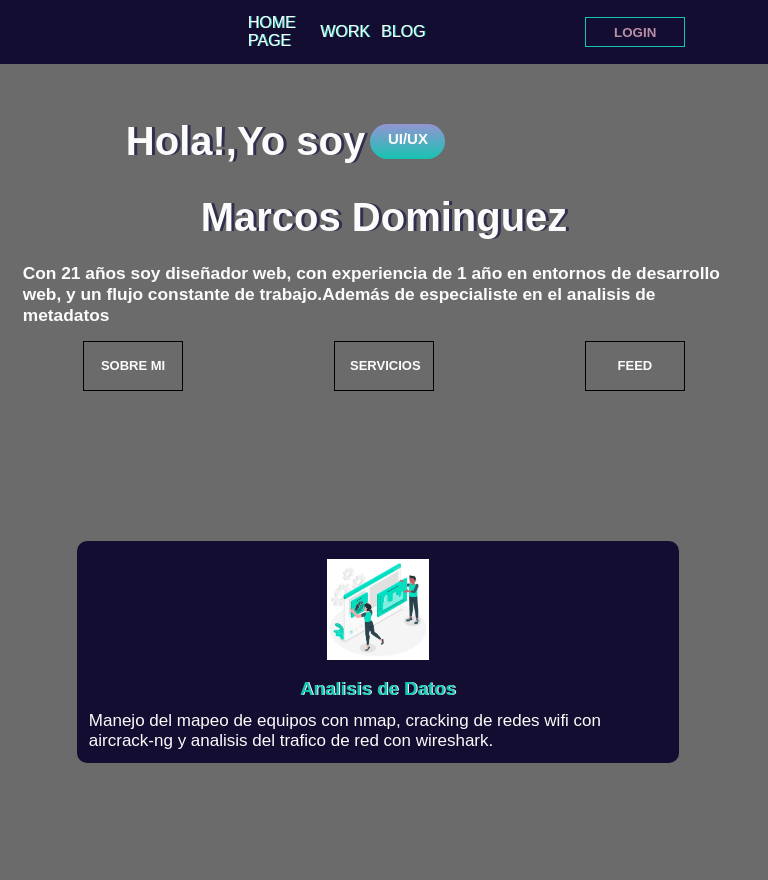
Repository: Sxcram02/Portfolio2
Page: http://localhost/
The author's editor kept a copy of each file at every save. The page is drawn from the files as they stood at one save, then again after a run of saves.
The browser window is 768 px wide. The pictures show the whole page.
Some web fonts or font styles are not loaded; a fallback is used. The page is run by PHP 8.4 with error messages shown; the project is at /var/www/html/.

Above is the page before, as saved 2023-05-14 17:48:58.

### index.php
<?php
include("./public/objects/clases.inc.php");

session_start();

if ($_SERVER['REQUEST_METHOD'] == 'POST' and isset($_POST['LOGIN'])) {
    $logIn = $_POST['LOGIN'];
    if (isset($logIn)) {
        $_SESSION['user'] = $sesion;
        header("Location: ./public/src/login.php");
        exit();
    }
}


?>
<!DOCTYPE html>
<html lang="es">

<head>
    <meta charset="UTF-8">
    <meta http-equiv="X-UA-Compatible" content="IE=edge" />
    <meta name="viewport" content="width=device-width, initial-scale=1.0" />
    <link rel="shortcut icon" href="media/logo2.png" type="image/x-icon" />
    <link rel="stylesheet" href="styles/index.css" type="text/css" />
    <link rel="stylesheet" href="https://unpkg.com/boxicons@latest/css/boxicons.min.css">
    <title>Home Page</title>
</head>

<body>
    <div id="root">
        <header class="box-nav-bar">
            <a href="/index.php"><h3 class="nav-title">M a r c o s</h3></a>
            <nav class="nav-bar">
                <ul>
                    <a href="index.php"><li>Home Page</li></a>
                    <a href="/public/src/assets/work.php"><li>Work</li></a>
                    <a href="/public/src/assets/blog.php"><li>Blog</li></a>
                </ul>
            </nav>
            <form action="#" method="POST">
                <input type="submit" name="LOGIN" id="LOGIN" value="login" />
            </form>
        </header>
        <main class="container">
        <script src="/public/funciones/funciones.inc.js"></script>
            <section id="home_page">
                <article class="box-name">
                    <h1 class="title">Hola!,Yo soy</h1>
                    <label id="box-ui-ux">UI/UX</label>
                </article>
                <h2 class="title">Marcos Dominguez</h2>
                <article class="box-presentation">
                    <p>Con 21 años soy diseñador web, con experiencia de 1 año en entornos de desarrollo web, y un flujo constante de trabajo.Además de especialiste en el analisis de metadatos</p>
                    <div class="box-inputs">
                        <button onclick="mostrarApartado('box-services','box-aboutMe')">Sobre Mi</button>
                        <button onclick="mostrarApartado('box-aboutMe','box-services')">Servicios</button>
                        <a href="./public/src/assets/feed.xml" target="_blank" rel="noopener noreferrer"><button>Feed</button></a>
                    </div>
                </article>
            </section>
            <section id="box-services">
                <div id="services">
                    <article id="analisisDatos">
                        <img src="./media/Ilustración del concepto de análisis de configuración Vector Gratis.jpeg" alt="analisisDatos" />
                        <h3>Analisis de Datos</h3>
                        <p>Manejo del mapeo de equipos con nmap, cracking de redes wifi con aircrack-ng y analisis del trafico de red con wireshark.</p>
                    </article>
                    <article>
                        <img src="./media/Estudio socioeconómico para qué sirve, partes y ejemplo.png" alt="" />
                        <h3>Administrador de Sistemas</h3>
                        <p>Supervisión del flujo de datos entre los usuarios de una red y mantenimiento del sistema</p>
                    </article>
                    <article>
                        <img src="./media/Tips To Help Designers Work Better With Coders - Web Design Ledger.jpeg" alt="" />
                        <h3>Desarrollador Web</h3>
                        <p>Control en la programación de PHP con MySQL o MongoDB, diseñador con HTML5, CSS3 o React con JavaScript</p>
                    </article>
                    <article>
                        <img src="./media/superkid-robot-copy.gif" alt="superRobot" id="robot3D" />
                        <h3>Modelador 3D</h3>
                        <p>Modelador 3D de diseño aplicados a la web con Spline, y en modelos mas complejos 3dsMax y Zbrush</p>
                    </article>
                </div>
            </section>
            <section id="box-aboutMe">
                <div id="aboutMe">
                    <h1>Cronología</h1>
                    <hr class="hr" />
                    <article class="box-signatures">
                        <div class="signature1">
                            <i class='bx bx-radio-circle-marked' style='color:#17c3b2'></i>
                            <h3>Titulación ESO y BACHILLER</h3>
                            <img src="./media/chesterton.jpeg" alt="colegio1">
                            <img src="./media/agustinos.jpeg" alt="colegio2">
                            <p>2013-2020</p>
                        </div>
                        <div class="signature2">
                            <i class='bx bx-radio-circle-marked' style='color:#17c3b2'></i>
                            <h3>2º Años en Grado de Derecho</h3>
                            <img src="./media/unir.jpg" alt="universidad">
                            <p>2021-2022</p>
                        </div>
                        <div class="signature3">
                            <i class='bx bx-radio-circle-marked' style='color:#17c3b2'></i>
                            <h3>Grado Superior DAW</h3>
                            <img src="./media/cifp.png" alt="centroFormativo">
                            <p>2022-2024</p>
                        </div>
                        <div class="signature4">
                            <i class='bx bx-radio-circle-marked' style='color:#17c3b2'></i>
                            <h3>Curso de Git</h3>
                            <img src="./media/angulo.jpg" alt="CentroPrivado">
                            <p>2023-2023</p>
                        </div>
                        <div class="signature5">
                            <i class='bx bx-radio-circle-marked' style='color:#17c3b2'></i>
                            <h3>Curso de Animacion 3D</h3>
                            <img src="./media/comercio.png" alt="EntidadPublica">
                            <p>2023-2023</p>
                        </div>
                    </article>
                </div>
            </section>
            <section id="my_photo"></section>
        </main>
    </div>

</body>

</html>

### styles/index.css

/* -----------------------------------------------------------*/
/* -----------------------------------------------------------*/
/* AJUSTES GENERALES */
/* 1. HEADER
/* 2. PRIMERA PAGINA
/*  2.1 SECCION 1
/*  2.2 SECCION 2
/*  2.3 SECCION 3
/*  2.4 SECCION 4
/* 3. PAGINA DE MIS TRABAJOS
/* 4. PAGINA DE MI BLOG
/* 5. PAGINA FORMULARIO LOGIN
/* 6. PAGINA CREAR POST
/* -----------------------------------------------------------*/
/* -----------------------------------------------------------*/

* {
    margin: 0;
    padding: 0;
    list-style: none;
    box-sizing: border-box;
    font-family: 'Poppins', sans-serif;
}

a, a:active, a:visited, a:enabled {
    color: var(--blanco);
    text-decoration: none;
}

@font-face {
    font-family: 'Poppins';
    src: url("../fonts/*");
}

:root {
    --violeta-ruso: #120D31;
    --cadet-space: #302F4D;
    --verde-claro-oceano:#17C3B2;
    --indigo-tropical:#9395D3;
    --blanco:#FBFBFB;
}

body {
    display: flex;
    flex-direction: column;
    align-items: center;
    justify-content: space-between;
}

#root {
    width: 100vw;
    height: 100vh;
}


/* -----------------------------------------------------------*/
/* -----------------------------------------------------------*/
/* HEADER */
/* -----------------------------------------------------------*/
/* -----------------------------------------------------------*/

.box-nav-bar {
    width: 100vw;
    height: 4rem;
    padding: 1%;
    background-color: var(--violeta-ruso);
    color: snow;
    display: flex;
    align-items: center;
    justify-content: space-between;
}

.nav-title {
    text-shadow: 1px 0px 0px var(--verde-claro-oceano);
    text-transform: uppercase;
    font-size: 20px;
    font-weight: 700;
    cursor: pointer;
}

.nav-bar ul {
    text-transform: uppercase;
    width: 350px;
    font-size: 20px;
    display: flex;
    align-items: center;
    justify-content: space-around;
}

.nav-bar ul li {
    cursor: pointer;
    text-shadow: 1px 0px 0px var(--verde-claro-oceano);
}

.nav-bar ul li:hover {
    color: var(--verde-claro-oceano);
    text-shadow: 1px 0px 0px var(--indigo-tropical);
    transition: all 0.5s;
}

#LOGIN {
    width: 125px;
    height: 30px;
    margin: 2%;
    color: #B98EA7;
    background: none;
    border: 1px solid var(--verde-claro-oceano);
    text-transform: uppercase;
    font-weight: 800;
    cursor: pointer;
}

#LOGIN:hover {
    background-color: var(--verde-claro-oceano);
    color: var(--blanco);
    transition: all 0.3s;
}

@media screen and (max-width:800px) {
    .box-nav-bar {
        justify-content: space-around;
    }

    .nav-title {
        display: none;
    }

    .nav-bar ul {
        width: 100%;
        justify-content: flex-start;
        font-size: 16px;
    }

    .nav-bar ul li {
        margin: 0 5%;
    }

    .nav-bar ul a {
        margin: 1%;
        padding: 2%;
    }

    #LOGIN {
        width: 100px;
        margin-right: 5%;
    }
}

/* -----------------------------------------------------------*/
/* -----------------------------------------------------------*/
/* PRIMERA PÁGINA */
/* -----------------------------------------------------------*/
/* -----------------------------------------------------------*/

.container {
    width: 100%;
    display: grid;
    grid-template-columns: repeat(3,1fr);
    grid-template-rows: repeat(2,1fr);
}

.container section {
    width: 100%;
    height: 100%;
}

@media screen and (max-width:800px) {

    #root {
        height: 110vh;
        overflow-x: hidden;
    }

    .container {
        width: 100%;
        height: 93%;
        display: flex;
        flex-direction: column;
        justify-content: space-around;
        background-color: rgba(0, 0, 0, 0.579);
        color: #FBFBFB;
    }

    #home-page {
        height: 60vh;
        background-image: url("/media/guerrero-en-47-ronin_2048x1536_xtrafondos.com.jpg");
        background-size: cover;
        background-position: center;
    }

    #home_page .box-presentation {
        flex-direction: column;
    }

    #home_page .box-presentation p {
        width: 100%;
    }

    .box-name {
        height: 25%;
        background: none;
    }

    #home_page .box-inputs {
        width: 100%;
        justify-content: space-around;
    }

    #home_page .box-inputs button {
        width: 100px;
        font-size: 13px;
        color: #FBFBFB;
    }

    #box-services {
        height: 50vh;
        padding: 10%;
    }

    #services {
        width: 100%;
        height: 100%;
        display: flex;
        align-items: center;
        flex-direction: column;
        overflow-y: scroll;
    }

    .container #services article {
        width: 100%;
        margin-bottom: 5%;
        padding: 1%;
    }

    .container #services article:hover {
        animation: none;
    }

    #box-aboutMe {
        height: 50%;

    }

    #my_photo {
        display: none;
    }



}

/* -----------------------------------------------------------*/
/* -----------------------------------------------------------*/
/* SECCION 1 */
/* -----------------------------------------------------------*/
/* -----------------------------------------------------------*/

#home_page {
    height: 40vh;
    grid-column: 1/3;
    grid-row: 1/2;
    padding: 1%;
    display: flex;
    flex-direction: column;
    align-items: center;
}

.box-name {
    width: 70%;
    margin: 1%;
    text-align: center;
    display: flex;
    align-items: center;
}

.title {
    padding: 1%;
    font-size: 40px;
    font-weight: 800;
    text-shadow: 3px 0px 0px var(--cadet-space);
}

#box-ui-ux {
    width: 75px;
    height: 35px;
    padding: 1%;
    text-align: center;
    font-size: 15px;
    font-weight: 800;
    color: snow;
    background: linear-gradient(180deg, var(--indigo-tropical),var(--verde-claro-oceano));
    border-radius: 20px;
}

.box-presentation {
    display: flex;
    align-items: center;
}

.box-presentation p {
    width: 50%;
    padding: 2%;
    font-size: 13pt;
    font-weight: 600;
}

.box-inputs {
    width: 50%;
    display: flex;
    align-items: center;
    justify-content: space-around;
}

.box-inputs button {
    width: 150px;
    height: 50px;
    padding: 2%;
    border: 1px solid black;
    background: none;
    font-size: 15pt;
    font-weight: 800;
    text-transform: uppercase;
    cursor: pointer;
}

.box-inputs button:hover {
    background-color: var(--verde-claro-oceano);
    box-shadow: 0px 0px 7px var(--indigo-tropical);
    transition: all 0.3s;
}


/* -----------------------------------------------------------*/
/* -----------------------------------------------------------*/
/* SECCION 2 */
/* -----------------------------------------------------------*/
/* -----------------------------------------------------------*/

#box-services {
    grid-column: 1/3;
    grid-row: 2/3;
    width: 100%;
}

#services {
    padding: 1%;
    color: snow;
    display: flex;
}

#services img {
    width: 125px;
    height: 125px;
    padding: 2%;
}

#services article {
    width: 50%;
    height: 100%;
    margin-right: 2%;
    padding: 2%;
    background-color: var(--violeta-ruso);
    border-radius: 10px;
    display: flex;
    flex-direction: column;
    align-items: center;
    text-align: center;
    cursor: pointer;
}

#services article:hover {
    background-color: var(--cadet-space);
    box-shadow: 0px 0px 5px var(--verde-claro-oceano);
    animation: goUp 1.5s both;
    transition: all 0.4s;
}

@keyframes goUp {
    to {
        translate: 0 -20%;
    }
}

#services article h3 {
    color: var(--verde-claro-oceano);
    text-shadow: 1px 0px 0px var(--blanco);
    padding: 1%;
}

#services article:hover h3 {
    color: var(--indigo-tropical);
}

#services article p {
    padding: 1%;
    font-size: 17px;
    text-align: start;
}

#robot3D {
    width: 300px;
    height: 175px;
}


/* -----------------------------------------------------------*/
/* -----------------------------------------------------------*/
/* SECCION 3 */
/* -----------------------------------------------------------*/
/* -----------------------------------------------------------*/

#box-aboutMe {
    display:none;
    grid-column: 1/3;
    grid-row: 2/4;
}

#aboutMe {
    height: 100%;
    display: flex;
    flex-direction: column;
    align-items: center;
    justify-content: space-between;
}

#aboutMe h1 {
    width: 100%;
    text-align: center;
    text-transform: uppercase;
    font-weight: 800;
}

#aboutMe hr {
    width: 90%;
    height: 15px;
    color: var(--violeta-ruso);
    background-color: var(--violeta-ruso);
    box-shadow: 0px 0px 5px var(--verde-claro-oceano);
}

.box-signatures {
    width: 90%;
    display: grid;
    grid-template-columns: repeat(5,1fr);
    grid-template-rows: repeat(3,1.4fr);
    text-align: center;
    row-gap: 5px;
}

.box-signatures i {
    font-size: 40px;
}

.box-signatures div {
    display: flex;
    flex-direction: column;
    align-items: center;
}

.box-signatures div img {
    width: 50px;
    height: 50px;
}

@media screen and (max-width:800px){


    .box-signatures {
        display: flex;
        flex-direction: column;
        align-items: center;
        justify-content: space-around;
        overflow-y: scroll;
    }

    .box-signatures div {
        display: flex;
        align-items: center;
        justify-content: space-around;
    }
}

/*--------------------------------------------------------*/
/*--------------------------------------------------------*/
/* GRID COMPONENTS */
/*--------------------------------------------------------*/
/*--------------------------------------------------------*/

.signature1 {
    grid-column: 1/2;
    grid-row: 1/3;
}

.signature2 {
    grid-column: 2/3;
    grid-row: 1/3;
}

.signature3 {
    grid-column: 3/4;
    grid-row: 1/3;
}

.signature4 {
    grid-column: 4/5;
    grid-row: 1/3;
}

.signature5 {
    grid-column: 5/6;
    grid-row: 1/3;
}



/* -----------------------------------------------------------*/
/* -----------------------------------------------------------*/
/* SECCION 4 */
/* -----------------------------------------------------------*/
/* -----------------------------------------------------------*/

#my_photo {
    grid-column: 3/4;
    grid-row: 1/3;
    background-image: url("../media/guerrero-en-47-ronin_2048x1536_xtrafondos.com.jpg");
    background-position: center;
    background-size: cover;
    object-fit: cover;
}


/* -----------------------------------------------------------*/
/* -----------------------------------------------------------*/
/* PAGINA DE MIS TRABAJOS */
/* -----------------------------------------------------------*/
/* -----------------------------------------------------------*/

#root2 {
    width: 100vw;
    background: linear-gradient(180deg,transparent,var(--cadet-space),var(--violeta-ruso));
    display: flex;
    flex-direction: column;
    align-items: center;
    justify-content: center;
}

.title2 {
    width: 100vw;
    font-size: 40px;
    color:black;
    text-shadow: 2px 0px 7px var(--indigo-tropical);
    text-align: center;
}

.container2 {
    width: 100%;
    height: 100vh;
    padding: 1%;
    display: grid;
    grid-template-columns: repeat(3,1.4fr);
    grid-template-rows: repeat(2,1fr);
    row-gap: 10px;
}

.container2 section {
    width: 90%;
    height: 300px;
    padding: 1%;
    display: flex;
    flex-direction: column;
    align-items: center;
    justify-content: space-around;
    background-color: var(--violeta-ruso);
    border-radius: 10px;
    box-shadow: 0px 0px 10px var(--indigo-tropical);
    cursor: pointer;
}

.container2 h1 {
    text-transform: uppercase;
    font-size: 25px;
    font-weight: 900;
}


.container2 img {
    width: 250px;
    height: 150px;
}

@media screen and (max-width:800px) {
    .container2 {
        display: flex;
        align-items: center;
        flex-direction: column-reverse;
        overflow-y: scroll;
    }

    .container2 section {
        text-align: center;
        width: 250px;
    }

    .container2 img {
        width: 100px;
        height: 100px;
    }
}

/*--------------------------------------------------------*/
/*--------------------------------------------------------*/
/* GRID COMPONENTS */
/*--------------------------------------------------------*/
/*--------------------------------------------------------*/

@keyframes updateScale {
    to {
        scale: 0.9;
    }
}

.work1 {
    grid-column: 1/2;
    grid-row: 1/2;
}

.work1:hover {
    box-shadow: 0px 0px 5px var(--verde-claro-oceano);
    background-color: rgba(255, 166, 0, 0.882);
    animation: updateScale 0.6s both;
    transition: all 0.4s;
}

.work2 {
    grid-column: 2/3;
    grid-row: 1/2;
}

.work2:hover {
    box-shadow: 0px 0px 5px var(--violeta-ruso);
    background-color: rgba(0, 170, 255, 0.858);
    animation: updateScale 0.6s both;
    transition: all 0.4s;
}

.work3 {
    grid-column: 1/2;
    grid-row: 2/3;
}

.work3:hover {
    box-shadow: 0px 0px 5px var(--violeta-ruso);
    background-color: rgba(25, 172, 37, 0.806);
    animation: updateScale 0.6s both;
    transition: all 0.4s;
}

.work4 {
    grid-column: 2/3;
    grid-row: 2/3;
}

.work4:hover {
    box-shadow: 0px 0px 5px var(--verde-claro-oceano);
    background-color: rgba(170, 0, 255, 0.85);
    animation: updateScale 0.6s both;
    transition: all 0.4s;
}

.work5 {
    grid-column: 3/4;
    grid-row: 1/2;
}

.work5:hover {
    box-shadow: 0px 0px 5px var(--violeta-ruso);
    background-color: rgba(255, 0, 51, 0.85);
    animation: updateScale 0.6s both;
    transition: all 0.4s;
}

.work6 {
    grid-column: 3/4;
    grid-row: 2/3;
}

.work6:hover {
    box-shadow: 0px 0px 5px var(--verde-claro-oceano);
    background-color: rgba(0, 204, 255, 0.85);
    animation: updateScale 0.6s both;
    transition: all 0.4s;
}

/* -----------------------------------------------------------*/
/* -----------------------------------------------------------*/
/* PAGINA DEL BLOG */
/* -----------------------------------------------------------*/
/* -----------------------------------------------------------*/

#root3 {
    width: 100vw;
    background-image: url("./../media/version_5.gif");
    background-size:  cover;
    background-position: center;
    background-repeat: repeat-y;
}


.container3 {
    width: 100%;
    background: linear-gradient(360deg,transparent,#302f4d7f,#120d31);
    display: flex;
    flex-direction: column;
    align-items: center;
    justify-content: space-between;
}

.container3 h1 {
    color: var(--blanco);
    padding: 4%;
    font-size: 35px;
    font-weight: bold;
}

.container3 section {
    width: 100%;
    height: 100%;
    padding: 1%;
    display: flex;
    flex-direction: column;
    align-items: center;
    justify-content: space-around;
}

.container3 section article {
    width: 40%;
    height: 400px;
    margin: 1%;
    padding: 5%;
    border-radius: 20px;
    padding: 1%;
    display: flex;
    flex-direction: column;
    align-items: center;
    justify-content: space-between;
    text-align: center;
    background-color: var(--cadet-space);
}

.container3 section article h1 {
    font-size: 20px;
    text-transform: uppercase;
    font-weight: 700;
}

.container3 section article img {
    width: 200px;
    height: 150px;
}

@media screen and (max-width:800px){
    #root3 .container3 article {
        width: 60%;
        padding: 5%;
    }

    #root3 .container3 img {
        width: 100px;
        height: 100px;
    }
}

/* -----------------------------------------------------------*/
/* -----------------------------------------------------------*/
/* PAGINA FORMULARIO LOGIN */
/* -----------------------------------------------------------*/
/* -----------------------------------------------------------*/

.page2-root {
    width: 100vw;
    height: 100vh;
    background-image: url("./../media/fondo1.gif");
    background-position: center;
    background-size: cover;
    overflow: hidden;
}

.page2-container {
    width: 100%;
    height: 100%;
    background: linear-gradient(180deg,transparent,#302f4d7f,#120d31c2);
    display: flex;
    flex-direction: column;
    align-items: center;
}

.page2-title {
    padding: 1%;
    font-size: 50px;
    font-weight: bold;
    text-transform: uppercase;
    color: var(--cadet-space);
    text-shadow: 2px 0px 0px var(--verde-claro-oceano);
}

.page2-container form {
    margin-top: 10%;
}

.page2-target {
    width: 50%;
    height:50%;
    padding: 2%;
    background: var(--cadet-space);
    box-shadow: 0px 0px 5px var(--verde-claro-oceano);
    border-radius: 10px;
    display: flex;
    flex-direction: column;
    align-items: center;
    justify-content: space-around;
    color: var(--blanco);
    font-size: 20px;
    font-weight: 800;
    text-transform: uppercase;
}

.page2-target input {
    width: 80%;
    height: 35px;
    text-align: center;
    font-size: 12pt;
}

.sent {
    font-size: 20px;
    padding: 1%;
    text-transform: uppercase;
    font-weight: 800;
    background: none;
    border: 2px solid var(--verde-claro-oceano);
    color: var(--verde-claro-oceano);
    text-shadow: 0px 0px 5px var(--verde-claro-oceano);
    cursor: pointer;
}

.sent:hover {
    background-color: var(--verde-claro-oceano);
    color: #FBFBFB;
    text-shadow: 0px 0px 5px #FBFBFB;
    animation: changeScale 0.5s both;

}

@keyframes changeScale {
    to {
        scale: 0.8;
    }
}

/*--------------------------------------------------*/
/*--------------------------------------------------*/
/* PAGINA CREAR POST*/
/*--------------------------------------------------*/
/*--------------------------------------------------*/

#page3-root {
    width: 100vw;
    height: 100vh;
    background-image: url("./../media/fondo1.gif");
    background-size: cover;
    background-position: center;
}

#page3-root form {
    background: linear-gradient(360deg,transparent,#302f4d7f,#120d31);
}

#page3-container {
    width: 100%;
    display: flex;
    flex-direction: column;
    align-items: center;
    padding: 5%;
}

#page3-container section {
    width: 50%;
    height: 50vh;
    padding: 1%;
    display: flex;
    flex-direction: column;
    align-items: center;
    opacity: 80%;
    background-color: var(--cadet-space);
    box-shadow: 0px 0px 7px var(--indigo-tropical);
}

#page3-container section label {
    height: 35px;
    font-size: 20px;
    color: var(--blanco);
    text-transform: uppercase;
    font-weight: 900;
}

#page3-container input[type="text"] {
    max-width: 300px;
    height: 25px;
    margin: 1%;
    font-size: 14px;
    font-weight: 900;
    text-align: center;
    text-transform: uppercase;
    border-radius: 5px;
    border: 1px solid var(--violeta-ruso);
}


@media screen and (max-width:800px) {
    #page3-container section {
        width: 80%;
    }

    #page3-container input[type="file"]{
        width: 100px;
    }
}

Loaded but not shown: public/funciones/funciones.inc.js (7 lines, source omitted); public/objects/clases.inc.php (99 lines, source omitted)

After the next 2 saves:
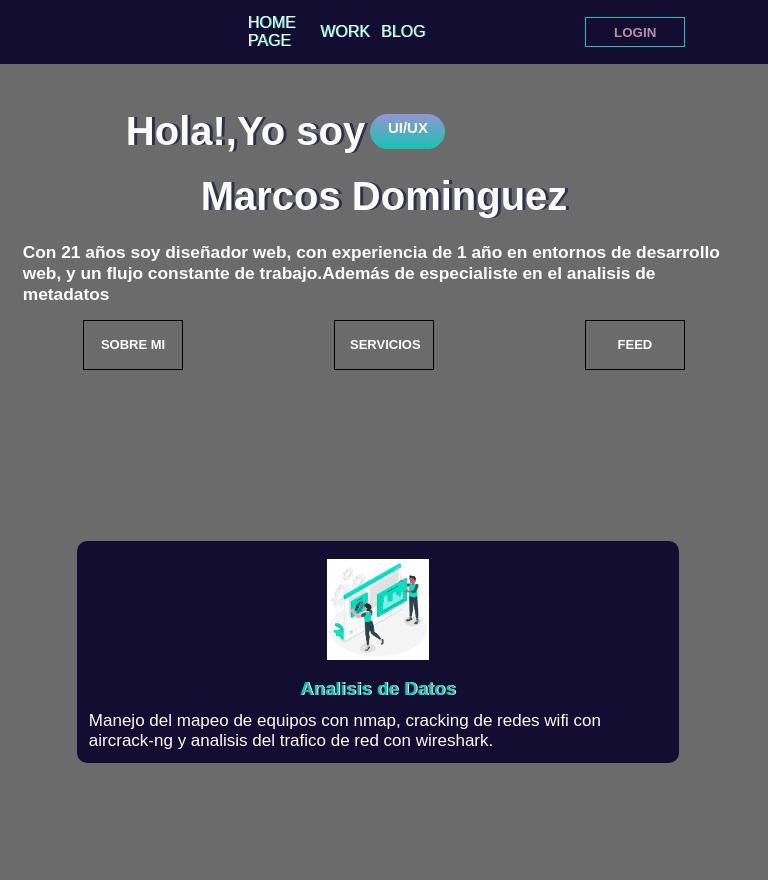
The 2 saves are shown as one change because they came seconds apart.
The last was saved 13 s later.
--- a/styles/index.css
+++ b/styles/index.css
@@ -198,8 +198,7 @@ body {
     }
 
     .box-name {
-        height: 25%;
-        background: none;
+        display: none;
     }
 
     #home_page .box-inputs {
